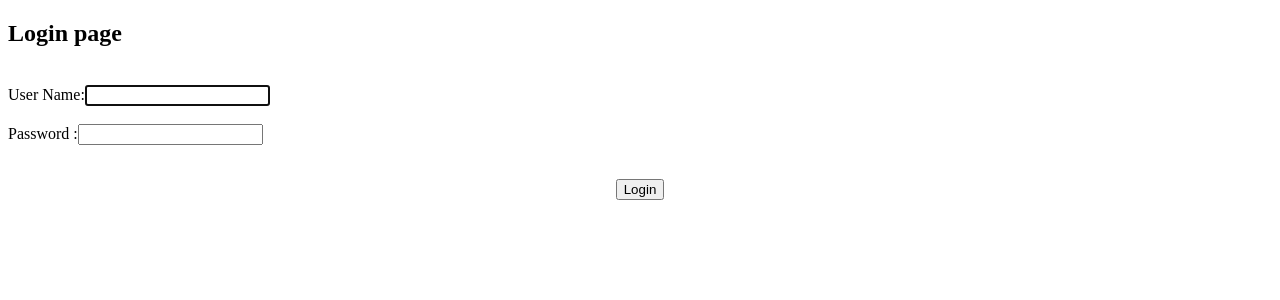
Repository: aforaswin/car-rental
Page: http://localhost/Car_Rental/home
An editor plug-in stored every save of this project. The page is shown before and after the next save, followed by the edit.
The browser window is 1280 px wide. The pictures show the whole page.
The page is served by Tomcat 9. Other server files are loaded and not shown.

Above is the page before, as saved 2017-09-18 13:32:44.

### Car Rental/WebContent/userLogin.jsp
<%@ page language="java" contentType="text/html; charset=ISO-8859-1"
    pageEncoding="ISO-8859-1"%>
<!DOCTYPE html PUBLIC "-//W3C//DTD HTML 4.01 Transitional//EN" "http://www.w3.org/TR/html4/loose.dtd">
<html>
<head>
<meta http-equiv="Content-Type" content="text/html; charset=ISO-8859-1">
<title>Insert title here</title>
</head>
<body>
<h2>Login page</h2>
<br>

<form action="uslogin" method="post">
User Name:<input type="text" name="user" required autofocus="autofocus"><br/> <br/>
Password :<input type="password" name="pass" required><br><br>
<p style="text-align:center;"><input type="submit" value="Login"></p>
</form>
</body>
</html>

### Car Rental/src/com/wipro/logic/HomeServlet.java
package com.wipro.logic;

import java.io.IOException;
import java.sql.SQLException;
import java.util.List;

import javax.servlet.RequestDispatcher;
import javax.servlet.ServletException;
import javax.servlet.annotation.WebServlet;
import javax.servlet.http.HttpServlet;
import javax.servlet.http.HttpServletRequest;
import javax.servlet.http.HttpServletResponse;
import javax.servlet.http.HttpSession;

/**
 * Servlet implementation class HomeServlet
 */
@WebServlet("/home")
public class HomeServlet extends HttpServlet {
	private static final long serialVersionUID = 1L;
	private CarDAO carDAO;

    public void init() {
        String jdbcURL = getServletContext().getInitParameter("jdbcURL");

        String jdbcUsername = getServletContext().getInitParameter("jdbcUsername");

        String jdbcPassword = getServletContext().getInitParameter("jdbcPassword");

        carDAO = new CarDAO(jdbcURL, jdbcUsername, jdbcPassword);


    }

    /**
     * @see HttpServlet#HttpServlet()
     */
    public HomeServlet() {
        super();
        // TODO Auto-generated constructor stub
    }

	/**
	 * @see HttpServlet#doGet(HttpServletRequest request, HttpServletResponse response)
	 */
	protected void doGet(HttpServletRequest request, HttpServletResponse response) throws ServletException, IOException {
		 HttpSession s=request.getSession();
	        String n=(String)s.getAttribute("name");
	        if(n!=null &&n.equals("user"))
	        {
	        	List<Car> listCar;
				try {
					listCar = carDAO.listAllCars();
				} catch (SQLException e) {
					throw new ServletException(e);
				}
	            request.setAttribute("listCar", listCar);
	            RequestDispatcher dispatcher = request.getRequestDispatcher("Home.jsp");
	            dispatcher.forward(request, response);
	        }
	        else
	        {
	        	RequestDispatcher r=request.getRequestDispatcher("userLogin.jsp");
	        	r.forward(request, response);
	        }
	}

	/**
	 * @see HttpServlet#doPost(HttpServletRequest request, HttpServletResponse response)
	 */
	protected void doPost(HttpServletRequest request, HttpServletResponse response) throws ServletException, IOException {
		// TODO Auto-generated method stub
		doGet(request, response);
	}

}

After the next save:
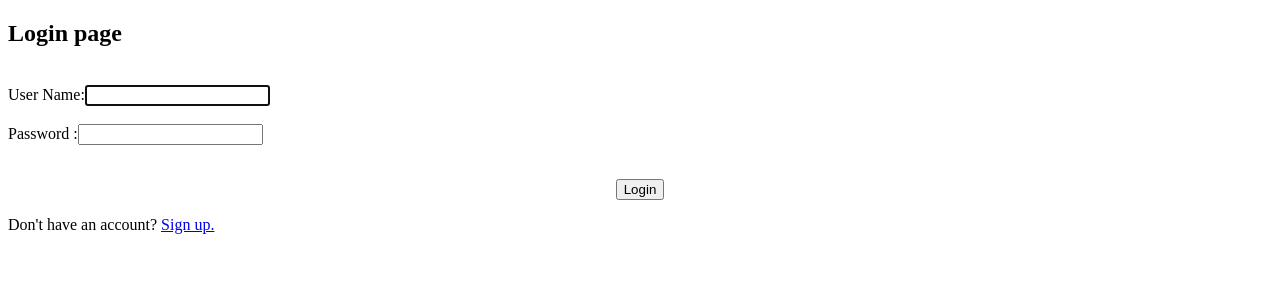
Saved 92 s later.
--- a/Car Rental/WebContent/userLogin.jsp
+++ b/Car Rental/WebContent/userLogin.jsp
@@ -15,5 +15,6 @@ User Name:<input type="text" name="user" required autofocus="autofocus"><br/> <b
 Password :<input type="password" name="pass" required><br><br>
 <p style="text-align:center;"><input type="submit" value="Login"></p>
 </form>
+Don't have an account? <a href="newUser">Sign up.</a>
 </body>
 </html>
